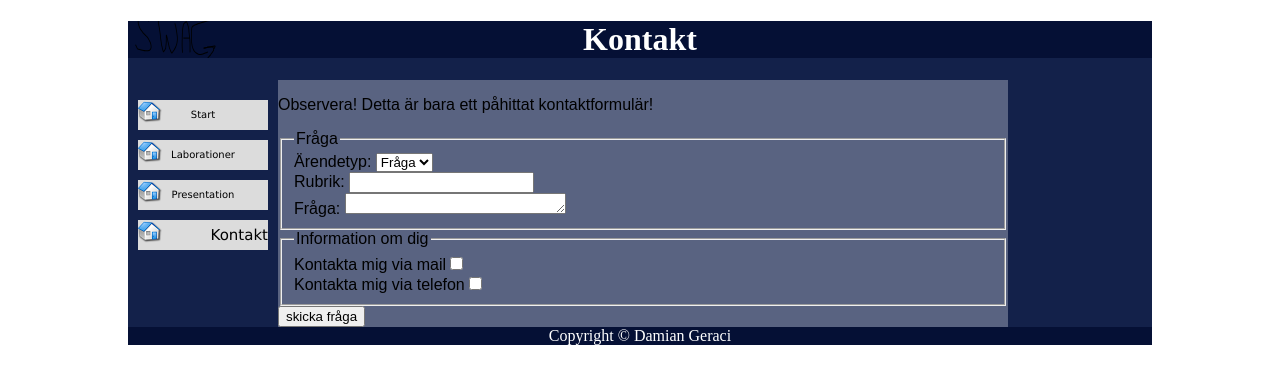
Repository: dg222dm/1ik415-laborationer
Page: pages/kontakt.html
The author's editor kept a record of every edit. The page is drawn from the files as they stood at one moment, then again after the next edit.
The browser window is 1280 px wide. The pictures show the whole page.

Above is the page before.

### pages/kontakt.html
<!doctype html>
<html lang="sv">
    <head>
        <link rel="stylesheet"  href="../css/style.css" media="screen" />
        <link rel="stylesheet"  href="../css/printfriendly.css" media="print" />
        <meta charset="utf-8" />
        <title>Kontakt</title>
    </head>
    <body>
        <div id="background">
        <div id="header">
            <h1>Kontakt</h1>
        </div>
        <div id ="nav">
        <!--Lista med länkar -->
            <ul>
                <li><a href="../index.html">Start</a></li>
                <li><a href="laborationer.html">Laborationer</a></li>
                <li><a href="presentation.html">Presentation</a></li>
                <li class="active"><a href="kontakt.html" >Kontakt</a></li>

    <!--Slut på länk lista -->
            </ul>
        </div>
        <div id="content">
        <article>
            <p>Observera! Detta är bara ett påhittat kontaktformulär!</p>
            <form method="post" action="http://voyager.lnu.se/tekinet/kurser/dtt/wp_webbintro/form.php">

                <fieldset>
                    <legend>Fråga</legend>
                     Ärendetyp:
                    <select name="ärendetyp">

                          <option value="fråga">Fråga</option>
                          <option value="test">test</option>
                    </select><br />
                    Rubrik: <input type="text" name="rubrik"><br />
                    Fråga: <textarea name="fråga" rows="1" cols="25">
                    </textarea>
                </fieldset>
                <fieldset>
                    <legend>Information om dig</legend>
                    Kontakta mig via mail<input type="checkbox" name="kontaktamigviamail" value="mail"><br />
                    Kontakta mig via telefon<input type="checkbox" name="kontaktamigviatelefon" value="telefon">
                </fieldset>
                <!-- fråga läraren -->
                <input type="submit" name="knapp" value="skicka fråga" />
            </form>
        </article>
        </div>
        <div id="footer">
            Copyright © Damian Geraci
        </div>
        </div>
    </body>
</html>

### css/style.css
#header {
    width:1024px;
    background-color:#051035;
    color:white;
    text-align:center;
    background-image: url(../css/pics/svgLogo.svg);
    background-size: 100px 100px;
    background-position: left -20px;
    background-repeat: no-repeat;

}
#nav ul{
    line-height:30px;
    background-color:#13214A;
    list-style-type: none;
    font-family: verdana;
    font-size:10px;
    float:left;
    padding: 0;
    text-align:center;


}

#nav li{
    margin: 10px ; /*Mellan rum mellan list items*/

}

.active {
    font-size:15px;
    text-align:right;
}

#nav a{
    display: block;
    width: 130px;
    background-color: #dcdcdc;
    text-decoration: none; /*tar bort understräcken*/
    background-image: url(../css/pics/sprite.png);
    background-repeat:no-repeat;
}

#home-icon { background-position: 0 -44px}
#home-icon:hover {background-position: 0px 4px}

#tool-icon { background-position: 0px -140px}
#tool-icon:hover {background-position: 0 -92px}

#presentation-icon { background-position: 0px -236px}
#presentation-icon:hover {background-position: 0 -188px}

#contact-icon { background-position: 0px -333px}
#contact-icon:hover {background-position: 0 -285px}

#nav a:link, #nav a:active, #nav a:visited {
    color: #000000;
}



#background {
    width:1024px;
    height:auto;
    margin:0 auto;
    background-color:#13214A;
}



#footer {
    background-color:#051035;
    width:1024px;
    color:white;
    clear:both;
    text-align:center;

}

#content {
  width: 730px;
  float:left;
  background-color:#596381;
  height: auto;
  font-family: sans-serif;

}

.right {
    float: right;
    border:1px solid #021a40;
    padding: 1px;
}
.left {
    float: left;
    border:1px solid #021a40;
    padding: 1px;
}

.center {
    margin-left:220px;

  }

  table, td, th {
    border: 1px  solid;
}

th {
    background-color: green;
    color: white;
}
/*
header färg: #051035
nav fönster färg: #3E496F
bakgrundsfärg: #13214A
content färg: #596381
footer färg: #051035

*/

### css/printfriendly.css
body {
    background-color: white;
    color: black;
    font-family: Times,
    "Times New Roman",
    Garamond, serif;
}

#nav {
    display: none;
}

img {
    display: none;
}

video {
    display: none;
}

#header h1 {
    background-color: black;
    font-size: 24pt;
    text-align: center;
    text-transform: uppercase;
    font-family: Helvetica,
    Arial, Verdana, sans-serif;
    padding: 7pt;
}

#header h1 a {
    color: white;
}

#content h2 {
    padding: 0;
    margin: 0;
    font-size: 20pt;
    border-bottom: 1px solid black;
}

#content h3 {
    padding: 0;
    margin: 0;
    text-align: left;
    font-style: italic;
}

#content h4 {
    font-family: Helvetica,
    Verdana, Arial,
    sans-serif;
    border-top: 3pt solid black;
    background-color: #BEBEBE;
    /* ~30% black*/
    padding: 12pt;
    margin: 0;
}

#content p {
    line-height: 18pt;
}



#content a:after {
    content: " <"
    attr(href) "> ";
    font-family:courier, monospace;
    font-weight: normal;
}

a {
    text-decoration: none;
    font-weight: bold;
    color: #626466;
}

#footer {
    border-top: 1px solid #000;
    text-align: center;
    font-family: Helvetica,
    Verdana, Arial,
    sans-serif;
}

  table, td, th {
    border: 1px  solid;
}

th {
    background-color: White;
    color: Black;
}

After the next edit:
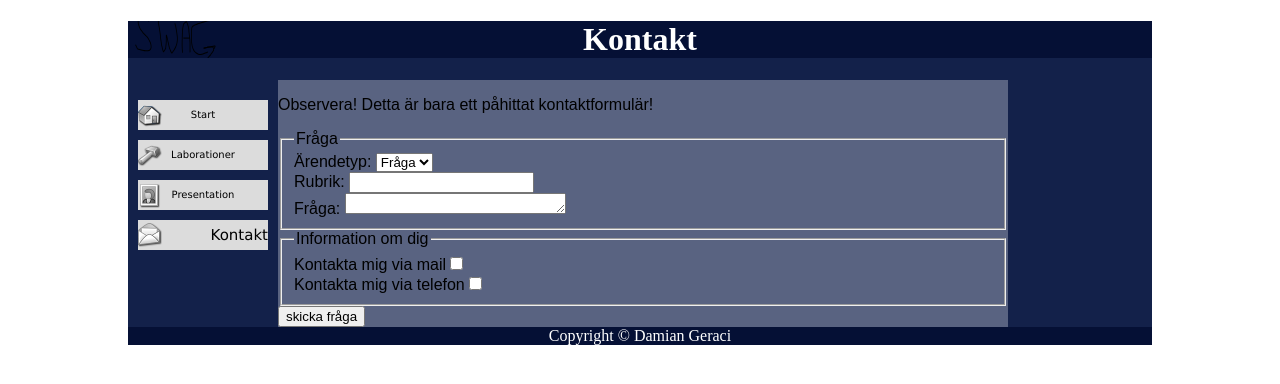
The edit:
--- a/pages/kontakt.html
+++ b/pages/kontakt.html
@@ -14,10 +14,10 @@
         <div id ="nav">
         <!--Lista med länkar -->
             <ul>
-                <li><a href="../index.html">Start</a></li>
-                <li><a href="laborationer.html">Laborationer</a></li>
-                <li><a href="presentation.html">Presentation</a></li>
-                <li class="active"><a href="kontakt.html" >Kontakt</a></li>
+                <li><a id="home-icon" href="../index.html">Start</a></li>
+                <li><a id="tool-icon" href="laborationer.html">Laborationer</a></li>
+                <li><a id="presentation-icon" href="presentation.html">Presentation</a></li>
+                <li class="active"><a id="contact-icon" href="kontakt.html" >Kontakt</a></li>
 
     <!--Slut på länk lista -->
             </ul>
